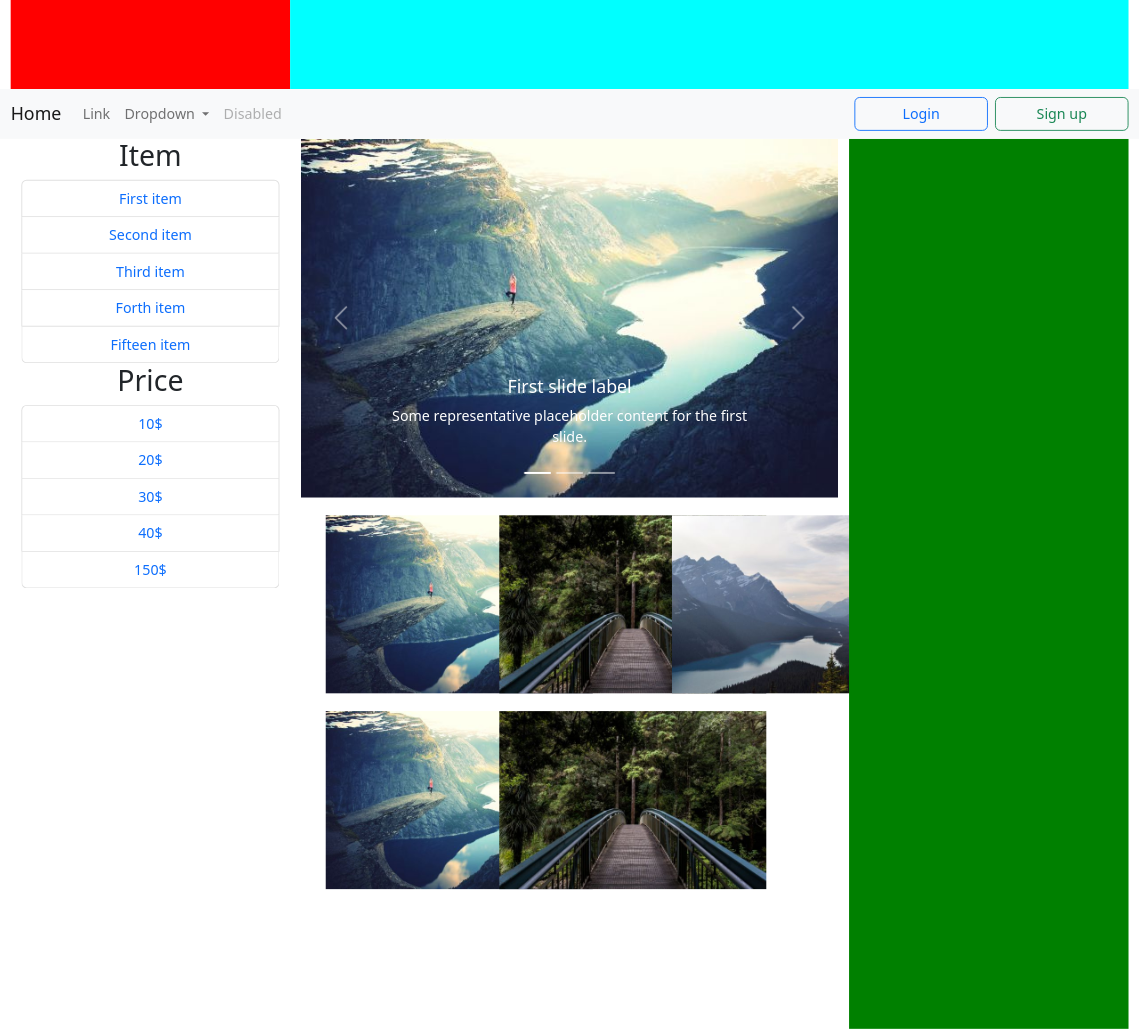
Repository: nguyenhung50497/MD2_bootstrap
Page: BT_giaoDienWeb/index.html
An editor plug-in stored every save of this project. The page is shown before and after a run of saves, followed by the edit.
The browser window is 1280 px wide. The pictures show the whole page, at 89% of full size.

Above is the page before, as saved 2022-11-30 14:14:17.

After the next 2 saves:
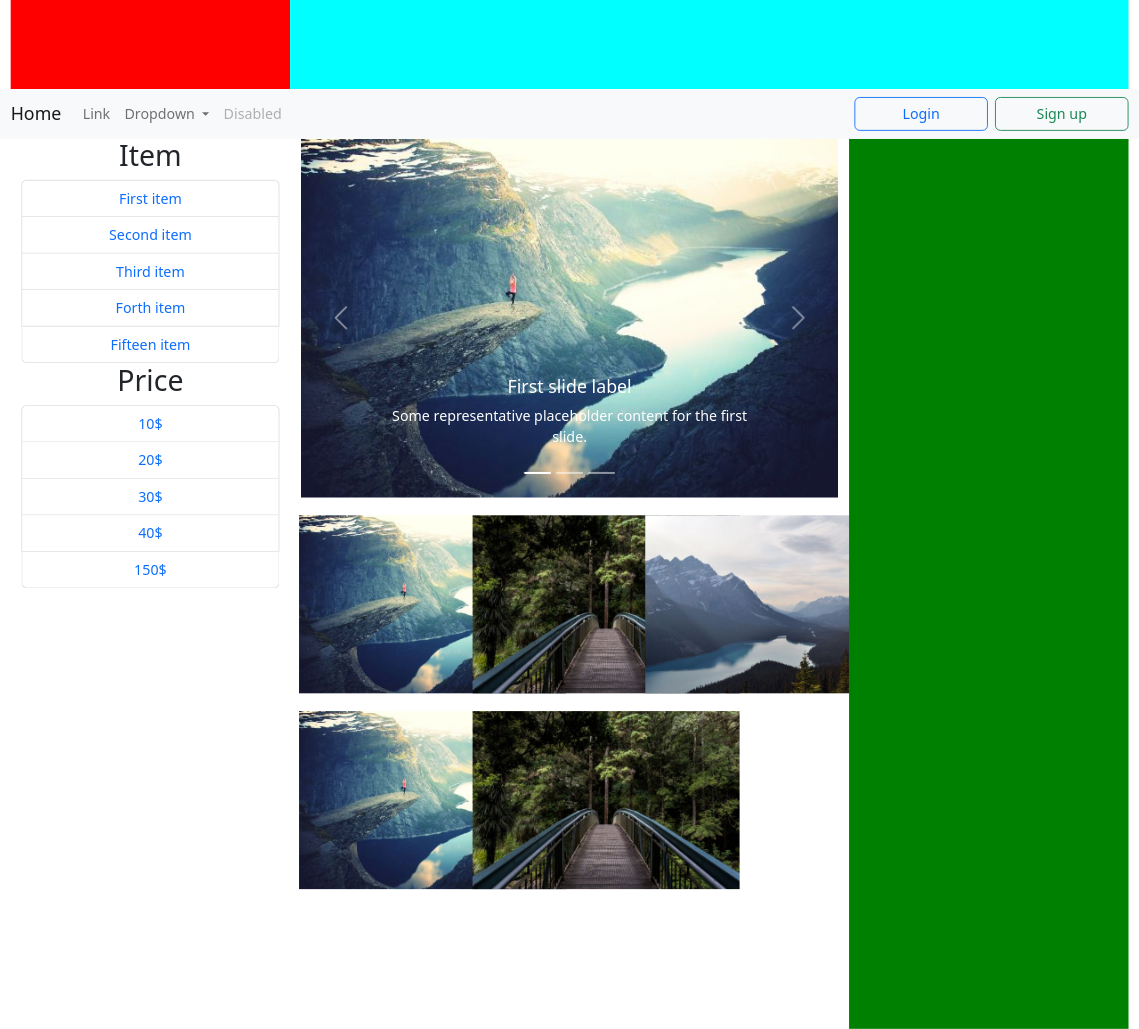
The 2 saves are shown as one change because they came seconds apart.
The last was saved 23 s later.
--- a/BT_giaoDienWeb/index.html
+++ b/BT_giaoDienWeb/index.html
@@ -26,7 +26,7 @@
     }
     .contentImg {
         padding: 10px;
-        margin-left: -20px;
+        margin-left: -80px;
     }
     .contentImg > div > img {
         margin: 10px;
